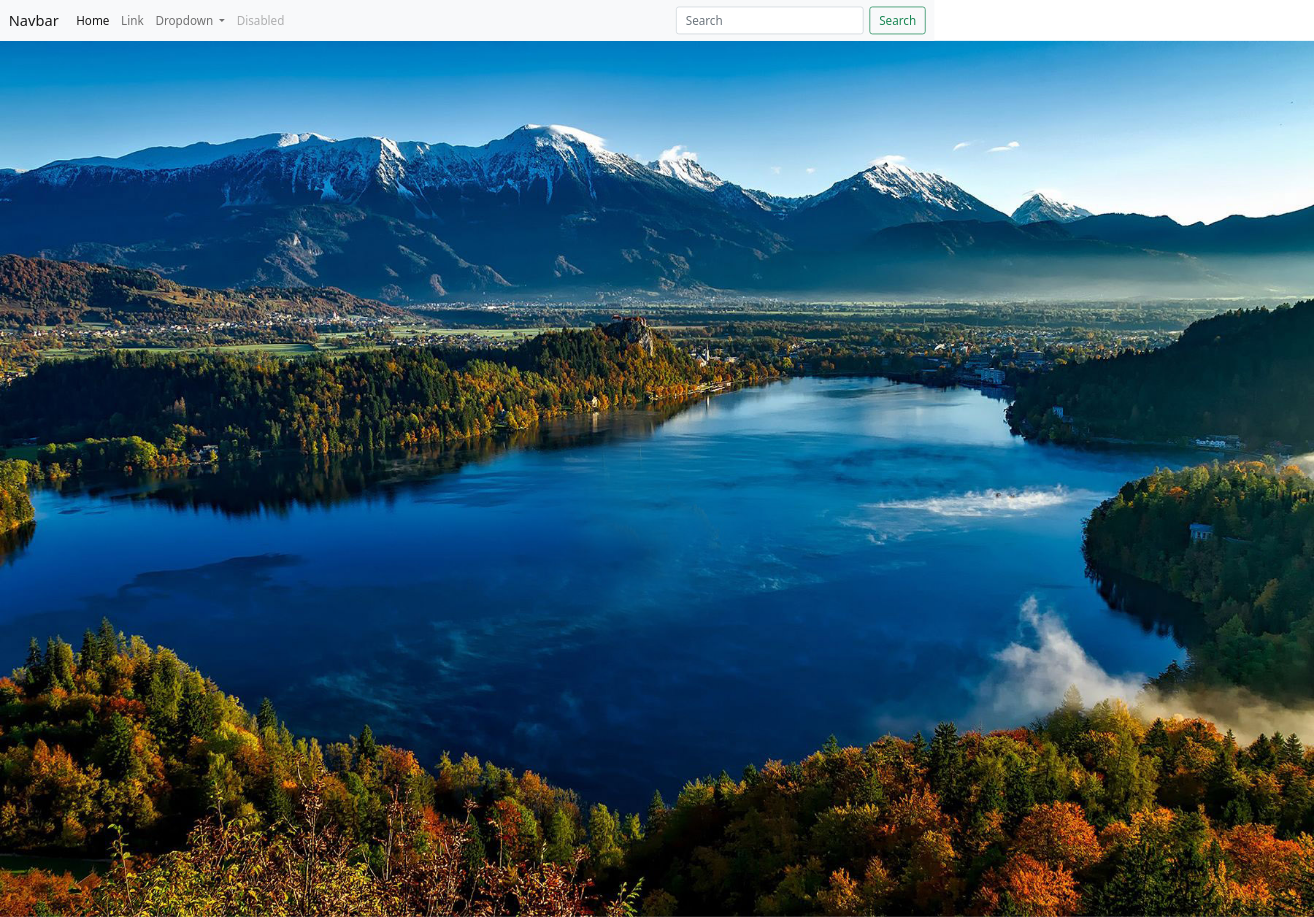
Repository: nptg3105/lab04-landing-page-boostrap5
Page: index.html
An editor plug-in stored every save of this project. The page is shown before and after the next save, followed by the edit.
The browser window is 1280 px wide. The page is 1800 px wide, then 1280 px, so the pictures cover 1800 px, including what lies to the right of the window. The pictures show the whole page, at 73% of full size.

Above is the page before, as saved 2021-12-17 06:05:16.

### index.html
<!DOCTYPE html>
<html lang="en">
  <head>
    <meta charset="UTF-8" />
    <meta http-equiv="X-UA-Compatible" content="IE=edge" />
    <meta name="viewport" content="width=device-width, initial-scale=1.0" />
    <title>lab04-Landing-Page-Boostrap</title>
    <link
      href="https://cdn.jsdelivr.net/npm/bootstrap@5.1.3/dist/css/bootstrap.min.css"
      rel="stylesheet"
      integrity="sha384-1BmE4kWBq78iYhFldvKuhfTAU6auU8tT94WrHftjDbrCEXSU1oBoqyl2QvZ6jIW3"
      crossorigin="anonymous"
    />
    <link rel="stylesheet" href="dist/index.css" />
  </head>
  <body>
    <header>
      <nav class="navbar navbar-expand-lg navbar-light bg-light">
        <div class="container-fluid">
          <a class="navbar-brand" href="#">Navbar</a>
          <button
            class="navbar-toggler"
            type="button"
            data-bs-toggle="collapse"
            data-bs-target="#navbarSupportedContent"
            aria-controls="navbarSupportedContent"
            aria-expanded="false"
            aria-label="Toggle navigation"
          >
            <span class="navbar-toggler-icon"></span>
          </button>
          <div class="collapse navbar-collapse" id="navbarSupportedContent">
            <ul class="navbar-nav me-auto mb-2 mb-lg-0">
              <li class="nav-item">
                <a class="nav-link active" aria-current="page" href="#">Home</a>
              </li>
              <li class="nav-item">
                <a class="nav-link" href="#">Link</a>
              </li>
              <li class="nav-item dropdown">
                <a
                  class="nav-link dropdown-toggle"
                  href="#"
                  id="navbarDropdown"
                  role="button"
                  data-bs-toggle="dropdown"
                  aria-expanded="false"
                >
                  Dropdown
                </a>
                <ul class="dropdown-menu" aria-labelledby="navbarDropdown">
                  <li><a class="dropdown-item" href="#">Action</a></li>
                  <li><a class="dropdown-item" href="#">Another action</a></li>
                  <li><hr class="dropdown-divider" /></li>
                  <li>
                    <a class="dropdown-item" href="#">Something else here</a>
                  </li>
                </ul>
              </li>
              <li class="nav-item">
                <a class="nav-link disabled">Disabled</a>
              </li>
            </ul>
            <form class="d-flex">
              <input
                class="form-control me-2"
                type="search"
                placeholder="Search"
                aria-label="Search"
              />
              <button class="btn btn-outline-success" type="submit">
                Search
              </button>
            </form>
          </div>
        </div>
      </nav>
      <div class="hero"><img src="images/hero.jpg" alt="" /></div>
    </header>

    <script
      src="https://cdn.jsdelivr.net/npm/bootstrap@5.1.3/dist/js/bootstrap.bundle.min.js"
      integrity="sha384-ka7Sk0Gln4gmtz2MlQnikT1wXgYsOg+OMhuP+IlRH9sENBO0LRn5q+8nbTov4+1p"
      crossorigin="anonymous"
    ></script>
  </body>
</html>

### dist/index.css
* {
  box-sizing: border-box;
  margin: 0;
  padding: 0;
}
body {
  line-height: 1.5;
}
:root {
  --color-bg: #ecf2f8;
  --color-white: #fff;
  --color-violet: #7541c8;
  --color-light-grey: #cfcfcf;
  --color-dark-grey: #19212e;
  --color-grey: #48556a;
}
.hero {
  background: url(https://mdbootstrap.com/img/Photos/Horizontal/Nature/full%20page/img%20(
        3
      ).jpg)
    no-repeat 50% fixed;
}
/*# sourceMappingURL=index.css.map */

After the next save:
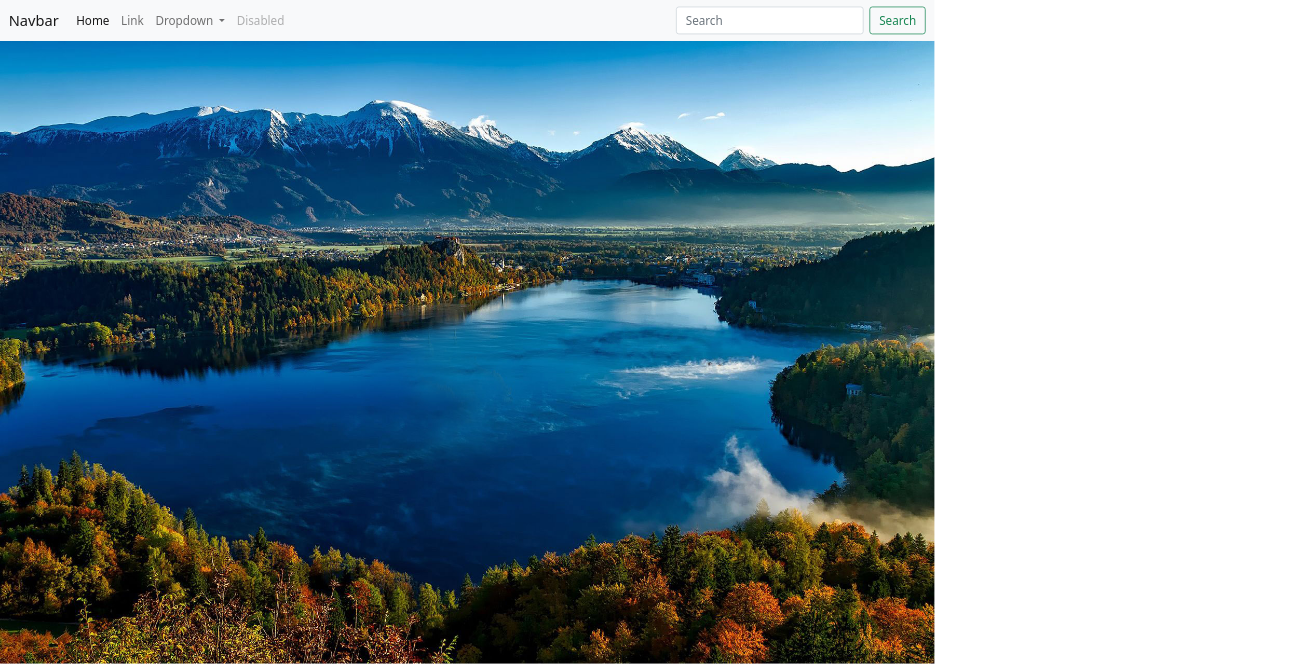
Saved 14 s later.
--- a/index.html
+++ b/index.html
@@ -75,7 +75,9 @@
           </div>
         </div>
       </nav>
-      <div class="hero"><img src="images/hero.jpg" alt="" /></div>
+      <div class="hero">
+        <img src="images/hero.jpg" alt="" class="img-fluid" />
+      </div>
     </header>
 
     <script
